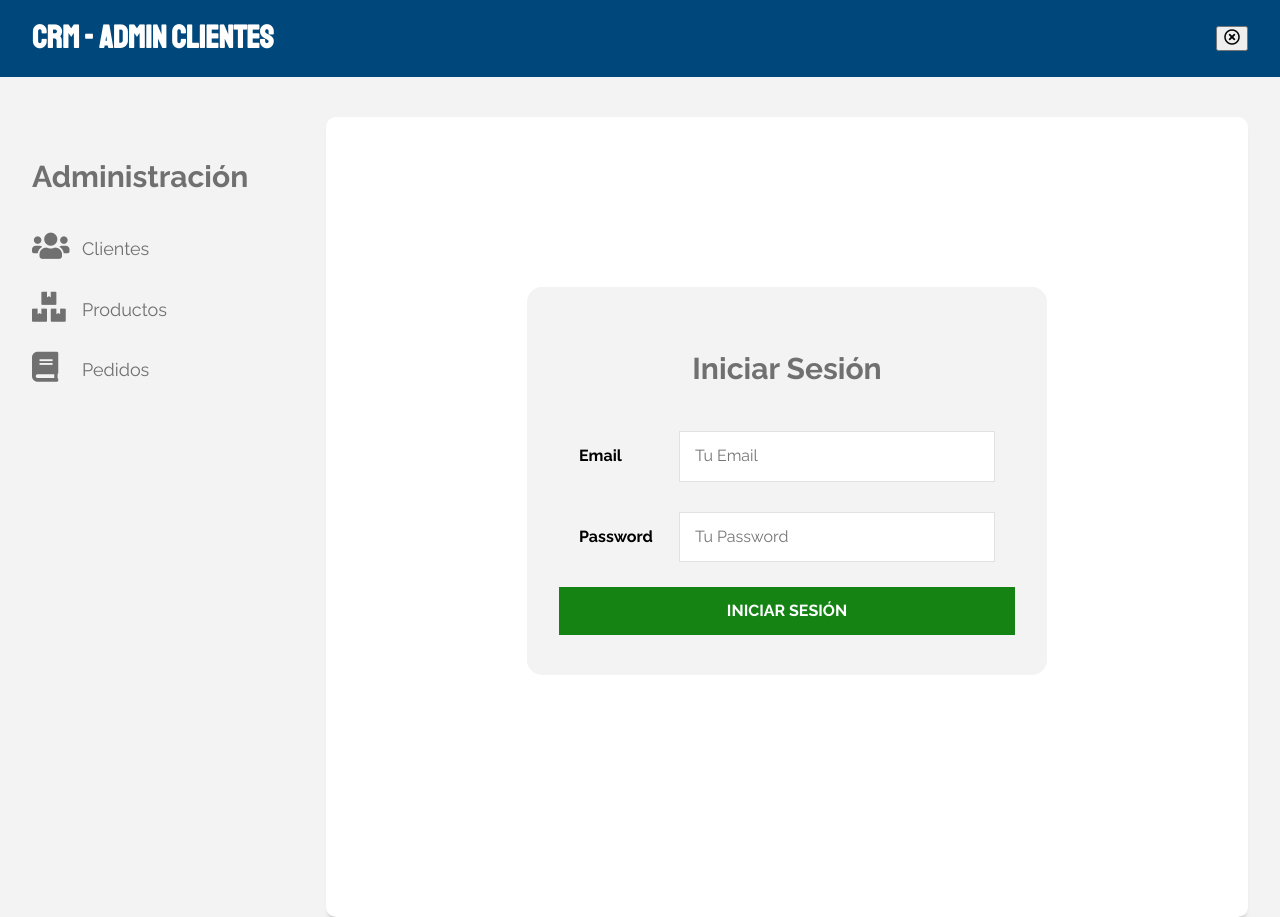
Repository: ppfeliuu/CRM-Frontend
Page: /
The author's editor kept a copy of each file at every save. The page is drawn from the files as they stood at one save, then again after the next save.
The browser window is 1280 px wide. The pictures show the whole page.
Some web libraries are served in a nearby version. The project was rebuilt for these pictures with package versions that can differ from the ones it lists, and the page was loaded fresh each time. Some packages were replaced by stand-ins written for this rebuild. Also part of the build but not shown: src/components/layout/Spinner.css, src/components/clientes/Cliente.js, src/components/clientes/NuevoCliente.js, src/components/clientes/EditarCliente.js, src/components/productos/Producto.js, src/components/productos/Productos.js, src/components/productos/EditarProducto.js, src/components/productos/NuevoProducto.js and 5 more.

Above is the page before, as saved 2019-11-19 20:55:30.

### src/App.js
import React, { Fragment, useContext } from "react";
import { BrowserRouter as Router, Route, Switch } from 'react-router-dom';

import Header from "./components/layout/Header";
import Navagacion from "./components/layout/Navegacion";

/* Componentes */
import Clientes from './components/clientes/Clientes';
import NuevoCliente from './components/clientes/NuevoCliente';
import EditarCliente from './components/clientes/EditarCliente';

import Productos from './components/productos/Productos';
import EditarProducto from './components/productos/EditarProducto';
import NuevoProducto from './components/productos/NuevoProducto';

import Pedidos from './components/pedidos/Pedidos';
import NuevoPedido from './components/pedidos/NuevoPedido';

import Login from './components/auth/Login';
import { CRMContext, CRMProvider } from './context/CRMContext';

function App() {

  //utilizar context en el componente
  const [auth, setAuth] = useContext(CRMContext);
  return (
    <Router>
      <Fragment>
        <CRMProvider value={[auth, setAuth]}>
        <Header />

        <div className="grid contenedor contenido-principal">
          <Navagacion />

          <main className="caja-contenido col-9">
            <Switch>
              <Route exact path="/" component={Clientes} />
              <Route exact path="/clientes/nuevo" component={NuevoCliente} />
              <Route exact path="/clientes/editar/:id" component={EditarCliente} />

              <Route exact path="/productos" component={Productos} />
              <Route exact path="/productos/nuevo" component={NuevoProducto} />
              <Route exact path="/productos/editar/:id" component={EditarProducto} />

              <Route exact path="/pedidos" component={Pedidos} />
              <Route exact path="/pedidos/nuevo/:id" component={NuevoPedido} />

              <Route exact path="/iniciar-sesion" component={Login} />
            </Switch>
          </main>
        </div>
        </CRMProvider>
      </Fragment>
    </Router>
  );
}

export default App;

### src/components/layout/Header.js
import React from 'react'

export const Header = () => {
    return (
        <header className="barra">
            <div className="contenedor">
                <div className="contenido-barra">
                    <h1>CRM - Admin Clientes</h1>

                    <button type="button"><i className="far fa-times-circle"></i></button>
                </div>

            </div>
        </header>
    )
}

export default Header;

### src/components/layout/Navegacion.js
import React from 'react'

import { Link } from 'react-router-dom';

const Navegacion = () => {
    return (
        <aside className="sidebar col-3">
            <h2>Administración</h2>

            <nav className="navegacion">
                <Link to={"/"} className="clientes">Clientes</Link>
                <Link to={"/productos"} className="productos">Productos</Link>
                <Link to={"/pedidos"} className="pedidos">Pedidos</Link>
            </nav>
        </aside>

    )
}

export default Navegacion;

### src/components/clientes/Clientes.js
import React, { useState, useEffect, Fragment, useContext } from "react";
import { Link, withRouter } from "react-router-dom";
import Spinner from "../layout/Spinner";

// Import cliente axios
import clienteAxios from "../../config/axios";

import Cliente from "./Cliente";

//importar contect
import { CRMContext } from "../../context/CRMContext";

const Clientes = (props) => {
  const [clientes, setClientes] = useState([]);

  //usar los valores del context
  const [auth, setAuth] = useContext(CRMContext);

  useEffect(() => {
    if (auth.token !== "") {
      const consultarAPI = async () => {
        try {
            const clientesConsulta = await clienteAxios.get("/clientes", {
                headers: {
                  Authorization: `Bearer ${auth.token}`
                }
              });

              setClientes(clientesConsulta.data);
        } catch (error) {
            //error con autorizacion
            if(error.response.status === 500) {
                props.history.push('/iniciar-sesion');
            }
        }
      };

      consultarAPI();
    } else {
        props.history.push('/iniciar-sesion');
    }
  }, [clientes]);

  if(!auth.auth) {
      props.history.push('/iniciar-sesion');
  }

  if (!clientes.length) return <Spinner />;

  return (
    <Fragment>
      <h2>Clientes</h2>

      <Link to={"/clientes/nuevo"} className="btn btn-verde nvo-cliente">
        <i className="fas fa-plus-circle"></i>Nuevo Cliente
      </Link>

      <ul className="listado-clientes">
        {clientes.map((cliente, index) => (
          <Cliente key={cliente._id} cliente={cliente} />
        ))}
      </ul>
    </Fragment>
  );
};

export default withRouter(Clientes);

### src/components/auth/Login.js
import React,{ useState, useContext } from 'react'
import Swal from 'sweetalert2';
import { withRouter } from 'react-router-dom';
import clienteAxios from '../../config/axios';

//Context

import { CRMContext } from '../../context/CRMContext';

const Login = (props) => {

    //Auth y token
    const [auth, setAuth] = useContext(CRMContext);

    // console.log(auth);

    const [credenciales, setCredenciales] = useState({});

    //iniciar sesion en el server
    const iniciarSesion = async e => {
        e.preventDefault();


        //autenticar usuario
        try {
            const respuesta = await clienteAxios.post('/iniciar-sesion', credenciales);

            //extraer el token y colocalo en el localstorage
            const { token } = respuesta.data;
            localStorage.setItem('token', token);

            //guardar en el state
            setAuth({token, auth: true})

            Swal.fire(
                'Login Correcto',
                'Has iniciado sesión',
                'success'
            )

            props.history.push('/');


        } catch (error) {
            console.log(error);
            Swal.fire({
                type: 'error',
                title: 'Hubo un error',
                text: error.response.data.mensaje

            })
        }
    }

    const leerDatos = e => {
        setCredenciales({
            ...credenciales,
            [e.target.name]: e.target.value
        })
    }

    return (
        <div className="login">
            <h2>Iniciar Sesión</h2>

            <div className="contenedor-formulario">
                <form onSubmit={iniciarSesion}>
                    <div className="campo">
                        <label>Email</label>
                        <input
                            type="text"
                            name="email"
                            placeholder="Tu Email"
                            required
                            onChange={leerDatos}

                        />
                    </div>
                    <div className="campo">
                        <label>Password</label>
                        <input
                            type="password"
                            name="password"
                            placeholder="Tu Password"
                            required
                            onChange={leerDatos}

                        />
                    </div>

                    <input type="submit" value="Iniciar Sesión" className="btn btn-verde btn-block"/>
                </form>
            </div>


        </div>
    )
}

export default withRouter(Login);

### src/context/CRMContext.js
import React, { useState } from 'react'

const CRMContext = React.createContext([{}, () => {}]);

const CRMProvider = props => {
    //definir el state inicial

    const [auth, setAuth] = useState({
        token: '',
        auth: false
    });

    return (
        <CRMContext.Provider value={[auth, setAuth]}>
            {props.children}
        </CRMContext.Provider>
    )
}

export { CRMContext, CRMProvider };

### src/components/layout/Spinner.js
import React from 'react';
import './Spinner.css';

const Spinner = () => {
    return (
        <div className="spinner"></div>
    )
}

export default Spinner;

### src/config/axios.js
import axios from 'axios';

const clienteAxios = axios.create({
    baseURL: 'http://localhost:5000'
});

export default clienteAxios;

Loaded but not shown: public/index.html (common file); src/index.js (common file); src/serviceWorker.js (common file); public/css/normalize.css (library); public/css/app.css (common file)

After the next save:
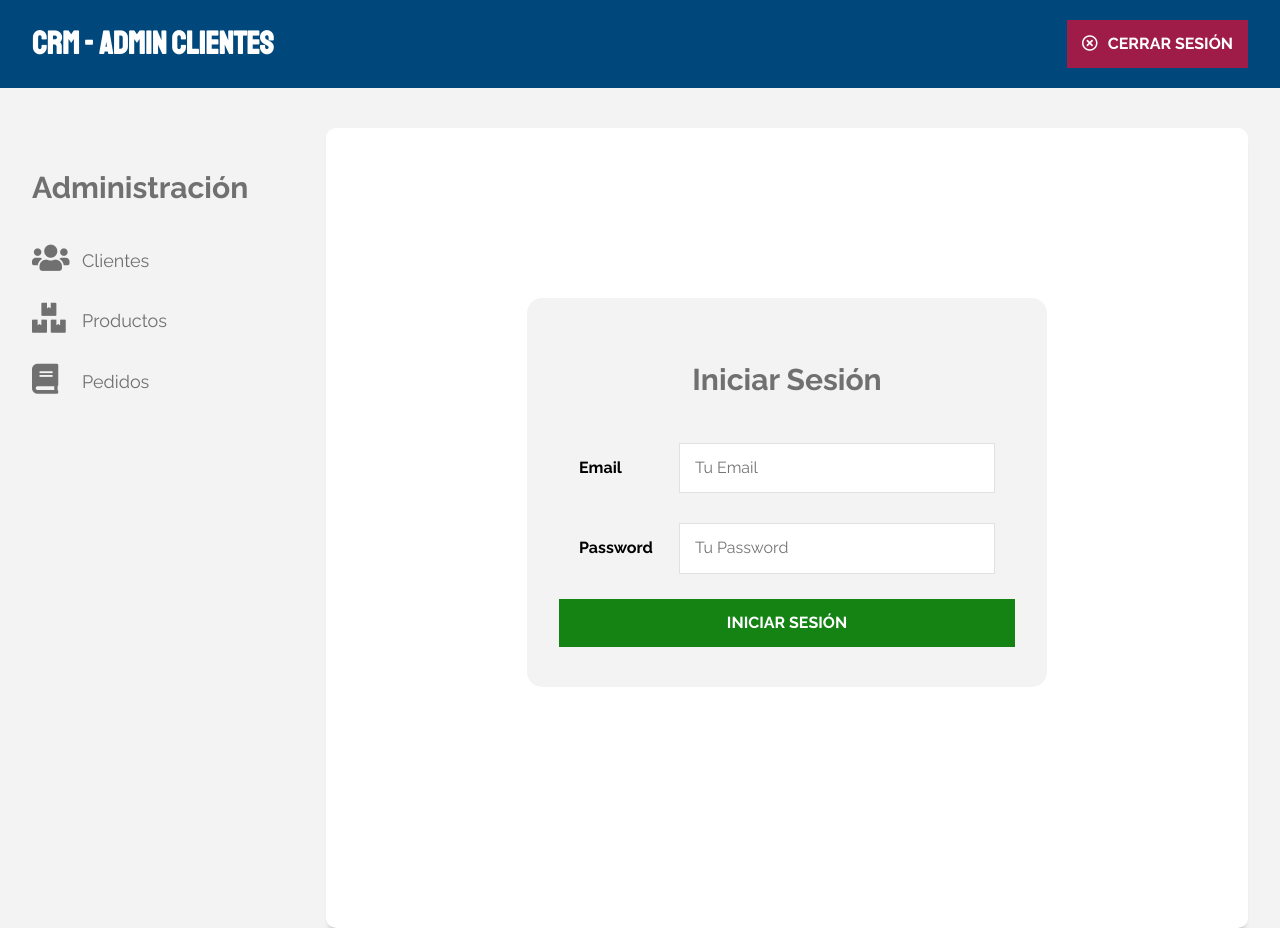
Saved 23 s later.
--- a/src/components/layout/Header.js
+++ b/src/components/layout/Header.js
@@ -7,7 +7,7 @@
                 <div className="contenido-barra">
                     <h1>CRM - Admin Clientes</h1>
 
-                    <button type="button"><i className="far fa-times-circle"></i></button>
+                    <button type="button" className="btn btn-rojo"><i className="far fa-times-circle"></i>Cerrar Sesión</button>
                 </div>
 
             </div>

After the 4 saves that followed:
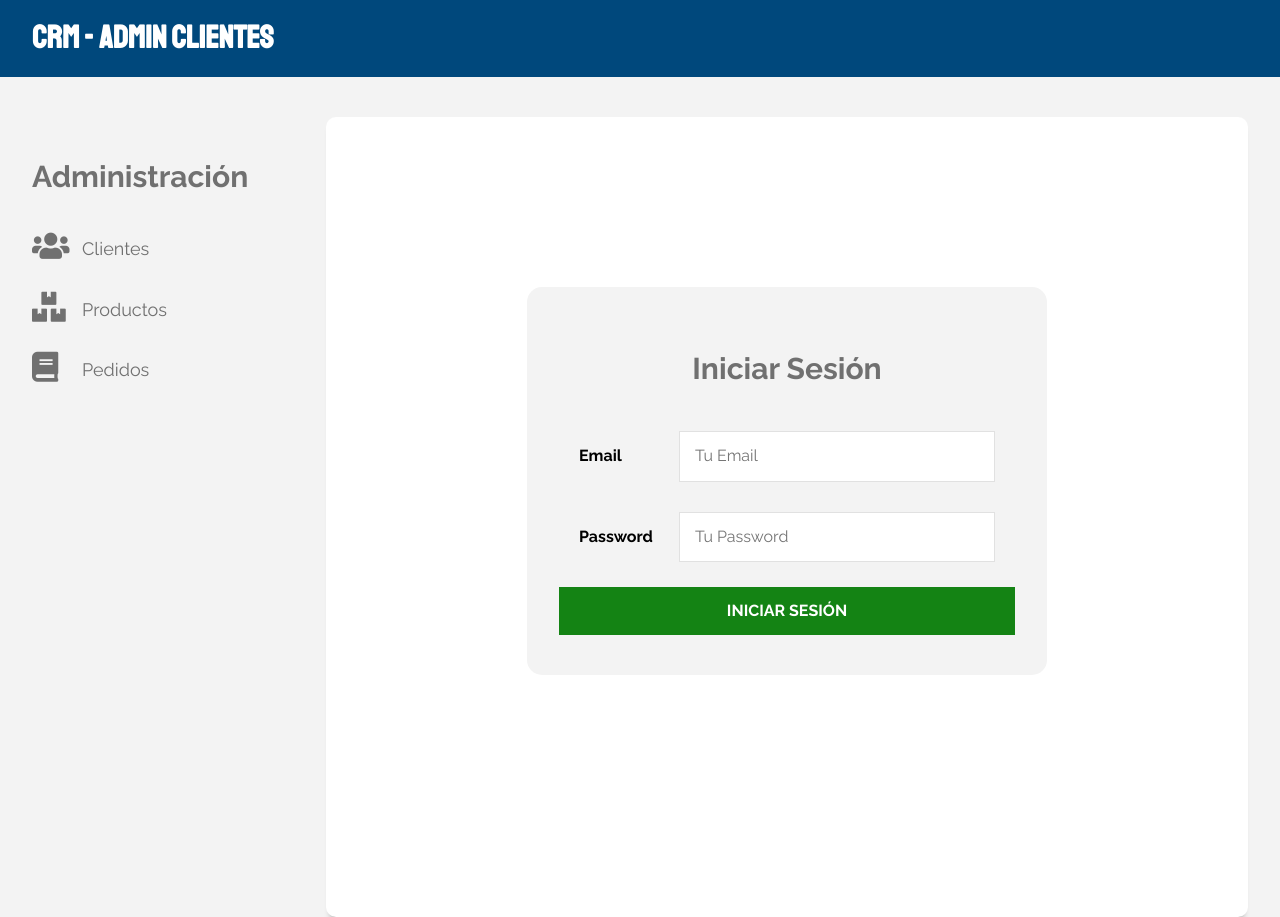
The 4 saves are shown as one change because 3 left the picture as it was.
The last was saved 2 min 11 s later.
--- a/src/components/layout/Header.js
+++ b/src/components/layout/Header.js
@@ -1,13 +1,19 @@
-import React from 'react'
+import React, { useContext } from 'react';
+//importar context
+import { CRMContext } from "../../context/CRMContext";
 
 export const Header = () => {
+    //usar los valores del context
+  const [auth, setAuth] = useContext(CRMContext);
+
+
     return (
         <header className="barra">
             <div className="contenedor">
                 <div className="contenido-barra">
                     <h1>CRM - Admin Clientes</h1>
+                    {auth.auth ? (<button type="button" className="btn btn-rojo"><i className="far fa-times-circle"></i>Cerrar Sesión</button>) : null}
 
-                    <button type="button" className="btn btn-rojo"><i className="far fa-times-circle"></i>Cerrar Sesión</button>
                 </div>
 
             </div>
--- a/src/components/clientes/Clientes.js
+++ b/src/components/clientes/Clientes.js
@@ -7,7 +7,7 @@ import clienteAxios from "../../config/axios";
 
 import Cliente from "./Cliente";
 
-//importar contect
+//importar context
 import { CRMContext } from "../../context/CRMContext";
 
 const Clientes = (props) => {
